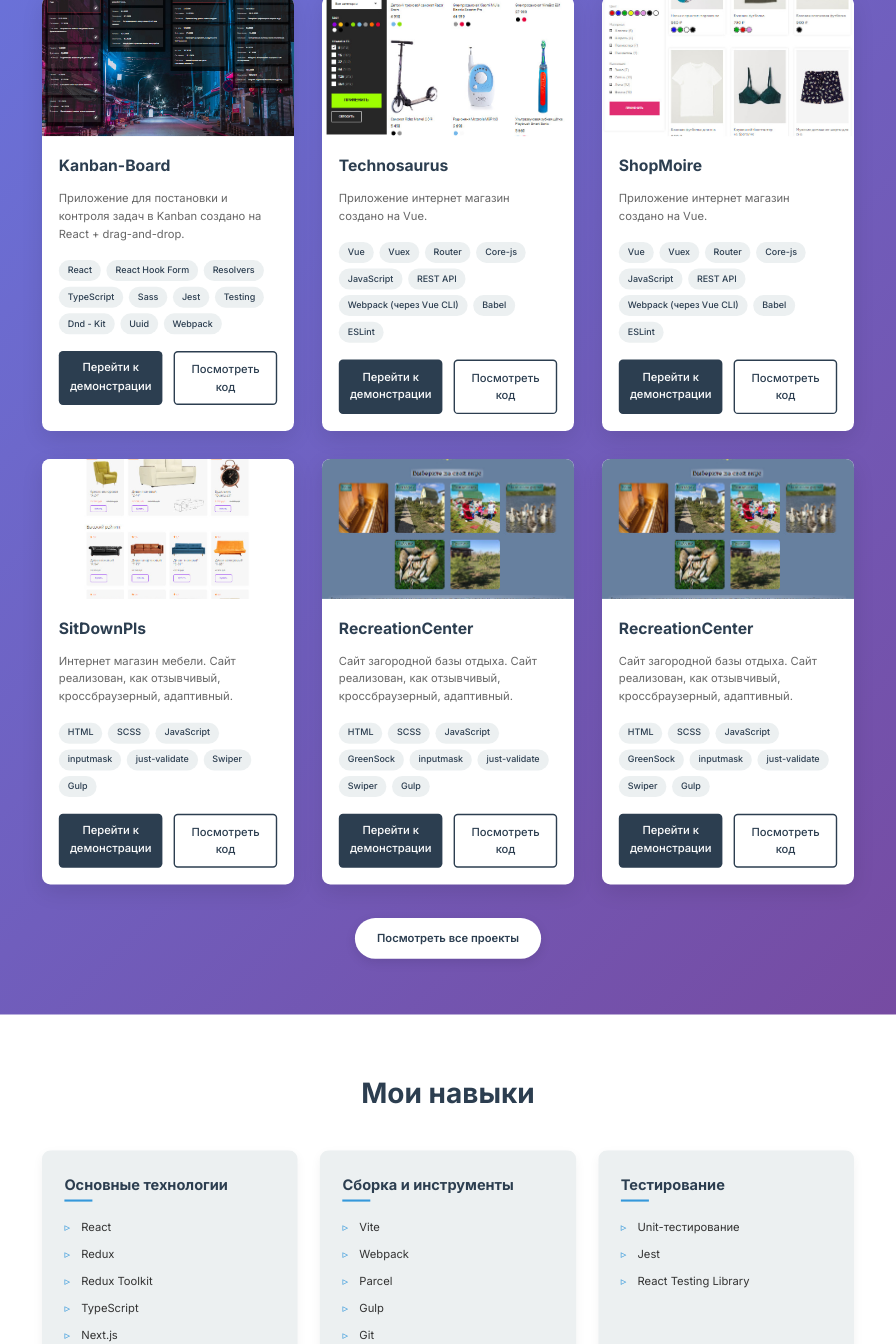
Repository: RostislavZeberg/resume-app
Page: /
The author's editor kept a copy of each file at every save. The page is drawn from the files as they stood at one save, then again after the next save.
The browser window is 1280 px wide. The pictures show the part of the page from y = 972 to 2892 px (the page is 4977 px tall), at 70% of full size.
The project was rebuilt for these pictures with package versions that can differ from the ones it lists, and the page was loaded fresh each time. The framework's server and built-in components were replaced by stand-ins that run in the browser. Also part of the build but not shown: next.config.ts.

Above is the page before, as saved 2025-09-18 19:30:27.

After the next save:
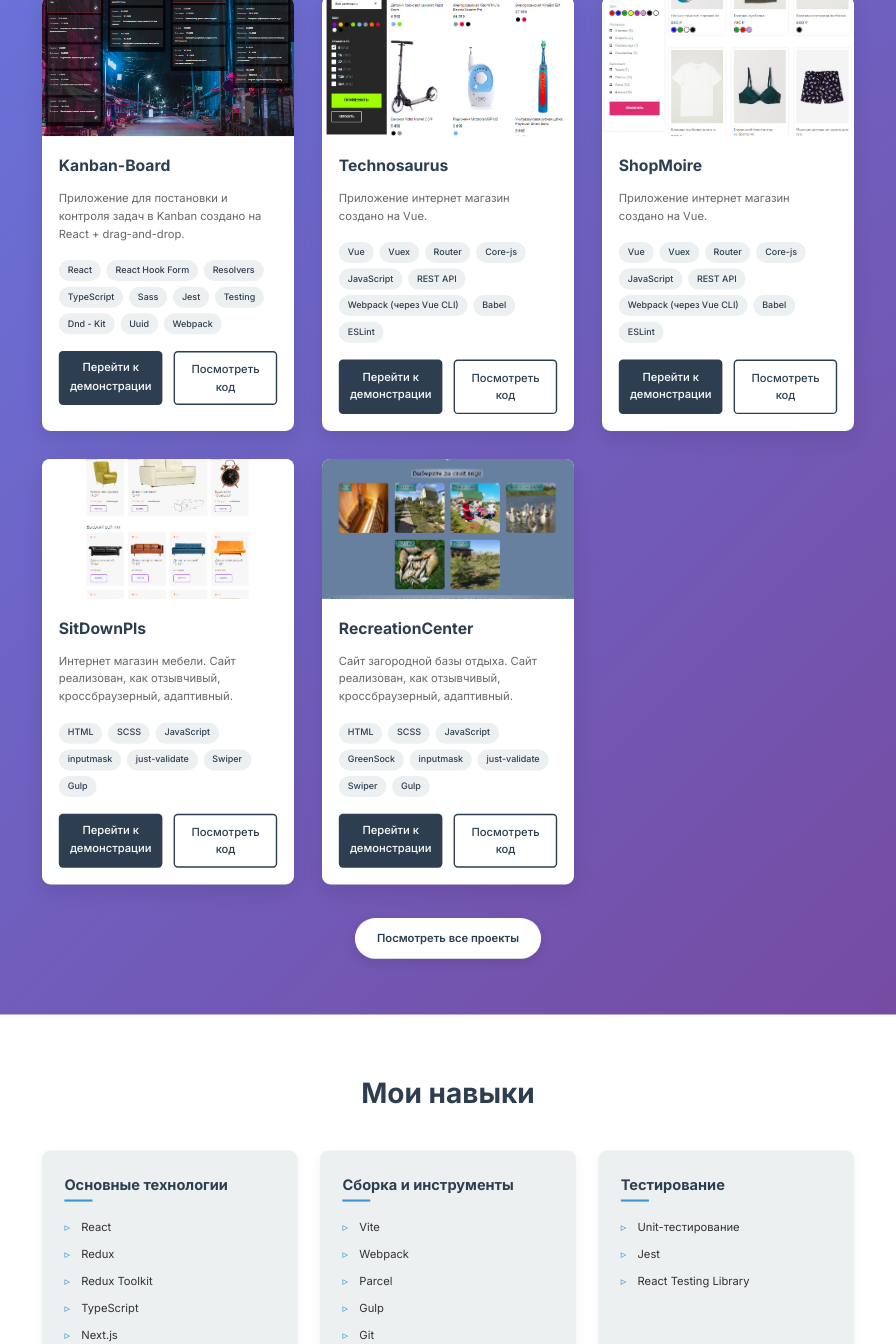
Saved 3 min 1 s later.
--- a/info/projects.ts
+++ b/info/projects.ts
@@ -56,11 +56,4 @@
     codeLink: 'https://github.com/RostislavZeberg/RecreationCenter',
     technologies: ['HTML', 'SCSS', 'JavaScript', 'GreenSock', 'inputmask', 'just-validate', 'Swiper', 'Gulp']
   },
-  {
-    name: 'RecreationCenter',
-    description: 'Сайт загородной базы отдыха. Сайт реализован, как отзывчивый, кроссбраузерный, адаптивный.',
-    demoLink: 'https://rostislavzeberg.github.io/RecreationCenter/',
-    codeLink: 'https://github.com/RostislavZeberg/RecreationCenter',
-    technologies: ['HTML', 'SCSS', 'JavaScript', 'GreenSock', 'inputmask', 'just-validate', 'Swiper', 'Gulp']
-  },
 ];

After the save that followed:
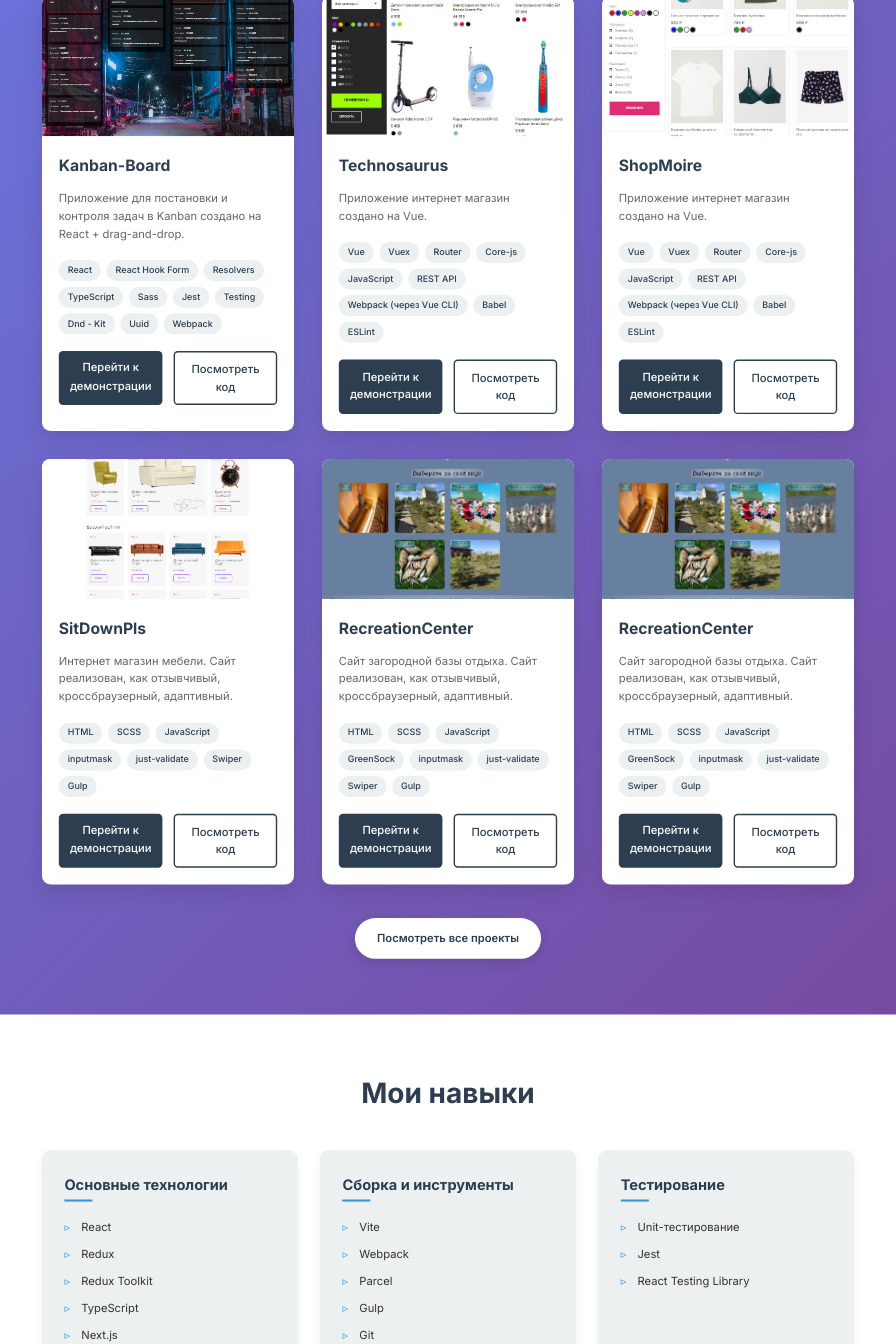
Saved 13 s later.
--- a/info/projects.ts
+++ b/info/projects.ts
@@ -56,4 +56,11 @@
     codeLink: 'https://github.com/RostislavZeberg/RecreationCenter',
     technologies: ['HTML', 'SCSS', 'JavaScript', 'GreenSock', 'inputmask', 'just-validate', 'Swiper', 'Gulp']
   },
+  {
+    name: 'RecreationCenter',
+    description: 'Сайт загородной базы отдыха. Сайт реализован, как отзывчивый, кроссбраузерный, адаптивный.',
+    demoLink: 'https://rostislavzeberg.github.io/RecreationCenter/',
+    codeLink: 'https://github.com/RostislavZeberg/RecreationCenter',
+    technologies: ['HTML', 'SCSS', 'JavaScript', 'GreenSock', 'inputmask', 'just-validate', 'Swiper', 'Gulp']
+  },
 ];
